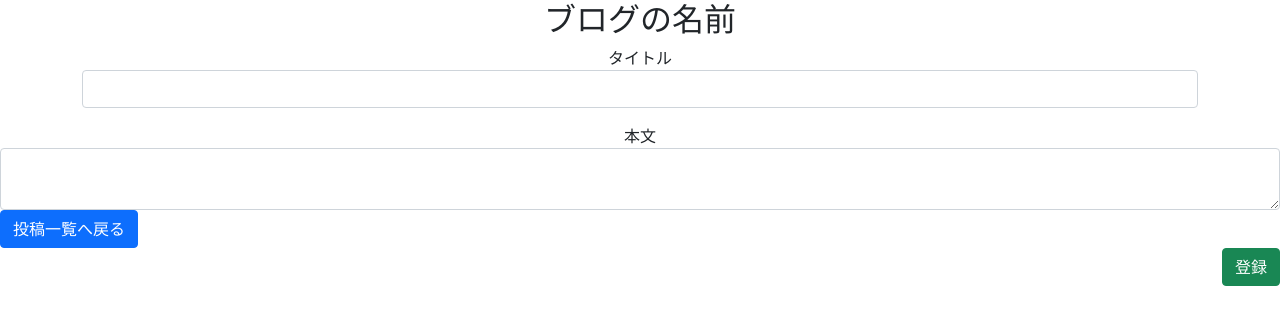
Repository: niimurank/lev-blog
Page: http://localhost/posts/create
The author's editor kept a record of every edit. The page is drawn from the files as they stood at one moment, then again after the next edit.
The browser window is 1280 px wide. The pictures show the whole page.
The page is served by the project's Laravel application, run on PHP 8.4 with Laravel 9. Other server files are loaded and not shown.

Above is the page before.

### blog/app/Providers/AppServiceProvider.php
<?php

namespace App\Providers;

use Illuminate\Support\ServiceProvider;
use Illuminate\Pagination\Paginator;

class AppServiceProvider extends ServiceProvider
{
    /**
     * Register any application services.
     *
     * @return void
     */
    public function register()
    {
        //
    }

    /**
     * Bootstrap any application services.
     *
     * @return void
     */
    public function boot()
    {
        Paginator::useBootstrapFive();
    }
}

### blog/routes/web.php
<?php

use Illuminate\Support\Facades\Route;
use App\Http\Controllers\PostController;
/*
|--------------------------------------------------------------------------
| Web Routes
|--------------------------------------------------------------------------
|
| Here is where you can register web routes for your application. These
| routes are loaded by the RouteServiceProvider within a group which
| contains the "web" middleware group. Now create something great!
|
*/

Route::get('/',[PostController::class,'func'])->name('func');

Route::get('/posts',[PostController::class,'index'])->name('posts.index');

Route::post('/posts',[PostController::class,'store'])->name('posts.store');

Route::get('/posts/create',[PostController::class,'create'])->name('posts.create');

Route::get('/posts/{post}',[PostController::class,'show'])->name('posts.show');

### blog/app/Http/Controllers/PostController.php
<?php

namespace App\Http\Controllers;

use Illuminate\Http\Request;
use App\Models\Post;
class PostController extends Controller
{
	public function func(Post $post)//インポートしたPostをインスタンス化して$postとして使用。
	{
		    return $post->get();//$postの中身を戻り値にする。
	}
	public function index(Post $post){
		return view('posts/index')->with(['posts' => $post->getPaginateByLimit()]);
	}
	public function show(Post $post)
	{
		return view('posts/show')->with(['post'=>$post]);
	}
	public function create(Request $request)
	{
		return view('posts.create');
	}

	public function store(Request $request, Post $post)
	{
		$input = $request['post'];

		$post->fill($input)->save();
		return redirect('/posts/' . $post->id);
	}
}

### blog/resources/views/posts/create.blade.php
<!DOCTYPE html>
<html>
    <head>
        <title>ブログの名前</title>
        <link rel="stylesheet" href="/index.css">
        <!-- CSS only -->
        <link href="https://cdn.jsdelivr.net/npm/bootstrap@5.0.2/dist/css/bootstrap.min.css" rel="stylesheet" integrity="sha384-EVSTQN3/azprG1Anm3QDgpJLIm9Nao0Yz1ztcQTwFspd3yD65VohhpuuCOmLASjC" crossorigin="anonymous">
        <!-- JavaScript Bundle with Popper -->
        <script src="https://cdn.jsdelivr.net/npm/bootstrap@5.0.2/dist/js/bootstrap.bundle.min.js" integrity="sha384-MrcW6ZMFYlzcLA8Nl+NtUVF0sA7MsXsP1UyJoMp4YLEuNSfAP+JcXn/tWtIaxVXM" crossorigin="anonymous"></script>
    </head>
    <body>
        <h2 class="title text-center">ブログの名前</h2>
        <div class="container">
        <form method="POST" action="/posts">
            @csrf
            <fieldset>
                <label class="">タイトル</label>
                <input type=text class="form-control" name="post[title]" id="title">
                <p class="text-danger fw-bold">
                    {{ $errors->first('post.title') }}
                </div>
                <label class="">本文</label>
                <textarea class="form-control" name="post[body]" id="body"></textarea>
                <div class="text-start">
                    <a href="{{ route('posts.index') }}">
                        <button type="button" class="btn btn-primary">投稿一覧へ戻る</button>
                    </a>
                </div>
                <div class="text-end">
                    <a>
                        <button type="submit" class="btn btn-success">登録</button>
                    </a>
                </div>
            </fieldset>
        </form>
        </div>
    </body>
</html>

### blog/public/index.css
body {
    text-align: center;
}

Loaded but not shown: blog/app/Http/Controllers/Controller.php (common file)

After the next edit:
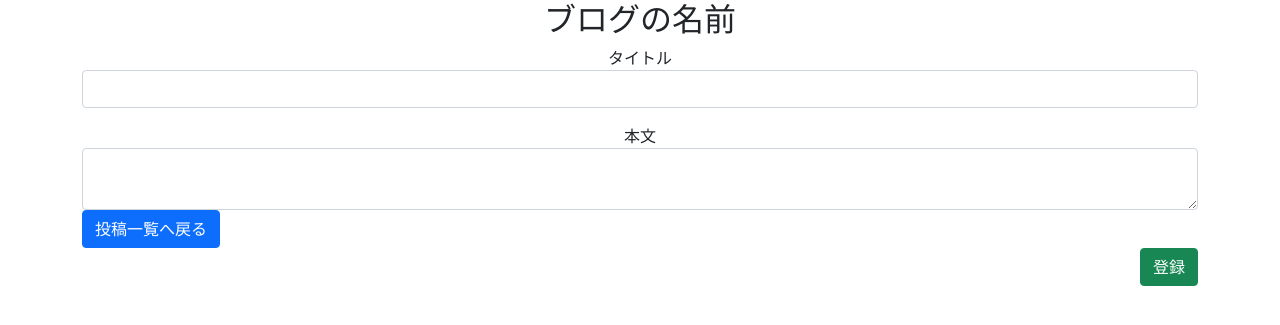
The edit:
--- a/blog/resources/views/posts/create.blade.php
+++ b/blog/resources/views/posts/create.blade.php
@@ -18,7 +18,7 @@
                 <input type=text class="form-control" name="post[title]" id="title">
                 <p class="text-danger fw-bold">
                     {{ $errors->first('post.title') }}
-                </div>
+                </p>
                 <label class="">本文</label>
                 <textarea class="form-control" name="post[body]" id="body"></textarea>
                 <div class="text-start">
